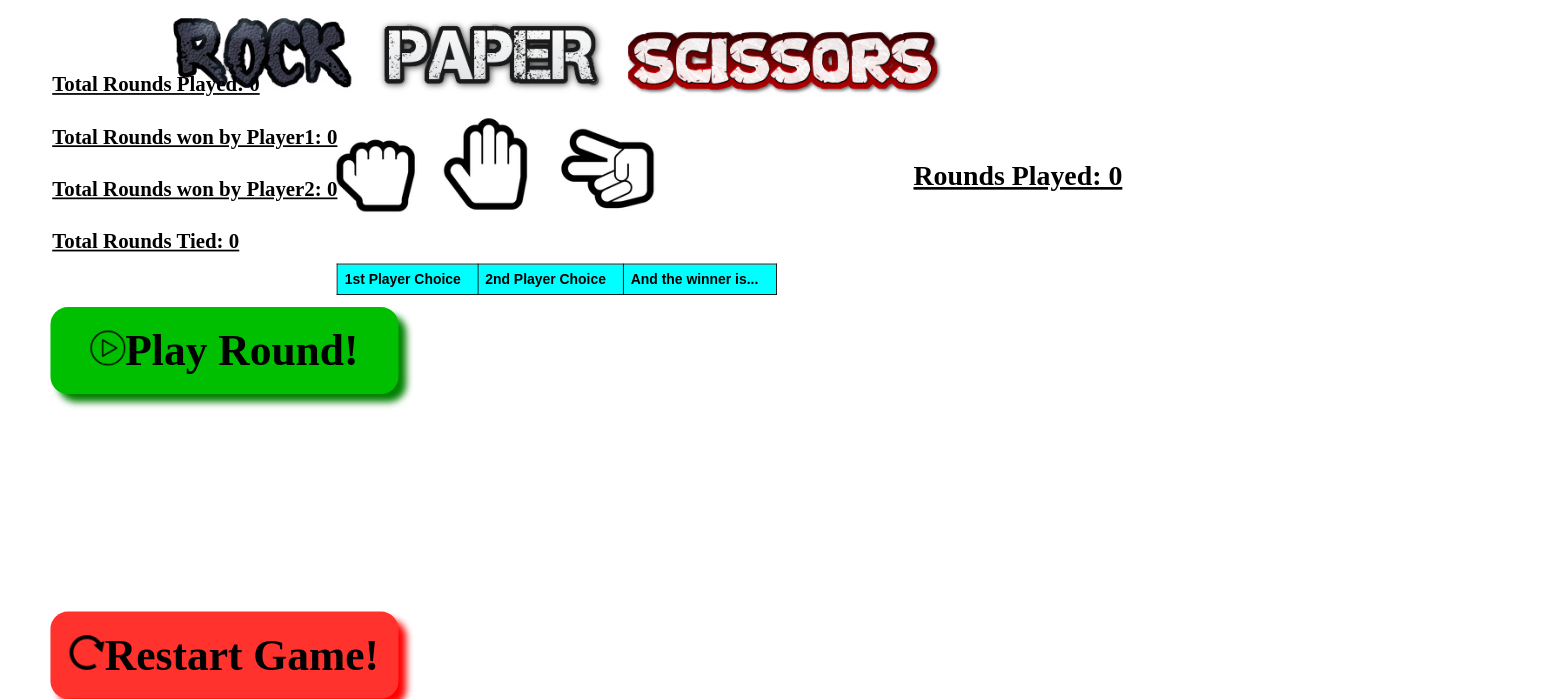
Repository: sergiocanoleon10/CiklumProject
Page: http://localhost/gmRockPaperScissors/WEB-INF/gameRPS.jsp
An editor plug-in stored every save of this project. The page is shown before and after the next save, followed by the edit.
The browser window is 1280 px wide. The page is 1802 px wide, so the pictures cover 1802 px, including what lies to the right of the window. The pictures show the whole page, at 87% of full size.
The page is served by Tomcat 9. Nobody is signed in. Other server files are loaded and not shown. The template is opened directly, without the code that normally fills it, so the values that code supplies are empty.

Above is the page before, as saved 2021-02-07 20:13:13.

### gmRockPaperScissors/src/main/webapp/WEB-INF/gameRPS.jsp
<%@ page language="java" contentType="text/html; charset=ISO-8859-1"
    pageEncoding="ISO-8859-1"%>
<!DOCTYPE html>
<%@ page import  = 'com.game.rockpaperscissors.game' %>
<html>
	<script>
	window.onload = function() {
		let playerOne = '${player1}';
		let playerTwo = '${player2}';
		let winner    = '${winner}';
		count();
		showTable(playerOne,playerTwo,winner);
		}
	</script>
	<head>
		<meta http-equiv="Content-Type" content="text/html; charset=UTF-8">
		<title>Rock-Paper-Scissors</title>
		<script src="js/mainFuncRPS.js" type="text/javascript"></script>
		<link href="css/styles.css" type="text/css" rel="stylesheet" />
	</head>
	<body>
			<!-- Header Logo INI-->
			<div class="imgWrapper">
				<div class="logoImg">
					<img alt="Rock" src="img/rock.png">
				</div>
				<div class="logoImg">
					<img alt="Paper" src="img/paper.png">
				</div>
				<div class="logoImg">
					<img alt="Scissors" src="img/scissors.png">
				</div>
			</div>
			<div class="logoImgDown">
				<img alt="Hands" src="img/hands.png">
				<p  id="counter">Rounds Played: 0</p>
			</div>
			<!-- Header Logo END-->
			<p  id="summary">Total Rounds Played: 0</p>
			<p  id="player1wins">Total Rounds won by Player1: 0</p>
			<p  id="player2wins">Total Rounds won by Player2: 0</p>
			<p  id="ties">Total Rounds Tied: 0</p>
			<!-- Buttons INI-->
			<form action="${pageContext.request.contextPath}/myservlet" method="post">
			<div class="btnWrapper">
				<button type="submit" name="button" value="btnPlay" class="buttonPlay" onclick="addOne();">
					<img src="img/playBtn.png"/>Play Round!
				</button>
			</div>
			</form>
			<div class="btnWrapper">
				<button type="button" onclick="deleteData();" class="buttonRestart" >
					<img src="img/restart.png"/>Restart Game!
				</button>
			</div>
			<div>
			 <jsp:include page="/WEB-INF/table.jsp"/>
 			 </div>

			<!-- Buttons END -->
	</body>
</html>

### gmRockPaperScissors/src/main/webapp/WEB-INF/table.jsp
<%@ page language="java" contentType="text/html; charset=ISO-8859-1"
    pageEncoding="ISO-8859-1"%>
<!DOCTYPE html>
<html>
<head>
<meta charset="ISO-8859-1">
<title>table-data</title>
</head>
<body>
	<div id="dataTable">

 	</div>
</body>
</html>

### gmRockPaperScissors/src/main/resources/static/js/mainFuncRPS.js
function count(){
   		let countPlayer = sessionStorage.getItem("countPlayer")==null?0:sessionStorage.getItem("countPlayer");
		let countGame = localStorage.getItem("countGame")==null?0:localStorage.getItem("countGame");
    	let roundMsg = "Rounds Played: ";
		let gameMsg = "Total Rounds Played: ";
    	document.getElementById('counter').innerHTML = roundMsg + countPlayer;
		document.getElementById('summary').innerHTML = gameMsg + countGame;
	}
	function showTable(playerOne,playerTwo,winner){
		var tableHTML = '<table class ="center"><tr><th>1st Player Choice</th><th>2nd Player Choice</th><th>And the winner is...</th></tr>';
		if ((playerOne && playerTwo && winner) || (sessionStorage.getItem("countPlayer")!=0 )){
			var tableHTML = '<table class ="center"><tr><th>1st Player Choice</th><th>2nd Player Choice</th><th>And the winner is...</th></tr>';
			let dataHTML  = '';
			if (sessionStorage.getItem("tableStorage")!=null && localStorage.getItem("tableStorage")!=''){
				dataHTML = sessionStorage.getItem("tableStorage");
			}
        	if (playerOne && playerTwo && winner) {
        		dataHTML += "<tr><td>"+ playerOne + "</td><td>"+ playerTwo + "</td><td>"+ winner + "</td></tr>";
        	}
        	tableHTML += dataHTML;
        	sessionStorage.setItem("tableStorage", dataHTML);
        }
        tableHTML += "</table>";
        document.getElementById("dataTable").innerHTML = tableHTML;
		let countWin1 = localStorage.getItem("countWin1")==null?0:localStorage.getItem("countWin1");
		let countWin2 = localStorage.getItem("countWin2")==null?0:localStorage.getItem("countWin2");
		let countTies = localStorage.getItem("countTies")==null?0:localStorage.getItem("countTies");
		if (playerOne && playerTwo && winner){
			let winner1Msg = "Total Rounds won by Player1: ";
			let winner2Msg = "Total Rounds won by Player2: ";
			let tiesMsg = "Total Rounds Tied: ";
			switch (winner) {

  				case "Player 1 Wins!":
				countWin1 = Number(countWin1)+1;
				break;

				case "Player 2 Wins!":
				countWin2 = Number(countWin2)+1;
				break;

				case "Tie!":
				countTies = Number(countTies)+1;
				break;

			}
			document.getElementById('player1wins').innerHTML = winner1Msg + countWin1;
			document.getElementById('player2wins').innerHTML = winner2Msg + countWin2;
			document.getElementById('ties').innerHTML = tiesMsg + countTies;
			localStorage.setItem("countWin1", countWin1);
			localStorage.setItem("countWin2", countWin2);
			localStorage.setItem("countTies", countTies);
		}
	}
	function addOne(){
		let countPlayer = sessionStorage.getItem("countPlayer")==null?0:sessionStorage.getItem("countPlayer");
		let countGame = localStorage.getItem("countGame")==null?0:localStorage.getItem("countGame");
    	countPlayer=Number(countPlayer)+1;
		countGame=Number(countGame)+1;
    	sessionStorage.setItem("countPlayer", countPlayer);
		localStorage.setItem("countGame", countGame);
	}
	function deleteData(){
    	sessionStorage.setItem("countPlayer", "0");
    	sessionStorage.setItem("tableStorage", "0");
	}

### gmRockPaperScissors/src/main/resources/static/css/styles.css
@charset "ISO-8859-1";

.imgWrapper  {
	text-align: center;
}

.btnWrapper{
	text-align: left;
}

.logoImg {
	display: inline-block;
	vertical-align: super;
}

.logoImgDown  {
  text-align: center;
  position: relative;
  left: -70px;
}

.buttonPlay{
		position: relative;
		left: 50px;
        font-size:50px;
        font-family:Copperplate;
        font-weight:bold;
        color:black;
        background:#00bf00;
        border:2px;
        width:400px;
        height:100px;
        box-shadow:9px 9px 9px #008000;
        border-radius: 20px;
		cursor: pointer;
}
.buttonRestart{
		position: relative;
		top:250px;
		left: 50px;
        font-size:50px;
        font-family:Copperplate;
        font-weight:bold;
        color:black;
        background:#ff322d;
        border:2px;
        width:400px;
        height:100px;
        box-shadow:9px 9px 9px #ff0000;
        border-radius: 20px;
		cursor: pointer;
}

.buttonPlay:hover{
	  	background-color: #affb00;
	  	box-shadow:9px 9px 9px #f1e603;
}

.buttonRestart:hover{
	  	background-color: #affb00;
	  	box-shadow:9px 9px 9px #f1e603;
}

table {
  font-family: arial, sans-serif;
  border-collapse: collapse;
  width: 40%;
}

table.center {
  margin-left: auto;
  margin-right: auto;
  margin-top:-250px;
}

td, th {
  border: 1px solid black;
  text-align: left;
  padding: 8px;
  background-color: #00ffff
}

tr:nth-child(even) {
  background-color: #dddddd;
}


#counter{
		position: relative;
		top:-100px;
		right:-600px;
		font-size: xx-large;
		font-weight: bold;
		text-decoration: underline ;
}

#summary{
		position: absolute;
		top:60px;
		left:60px;
		font-size:x-large;
		font-weight: bold;
		text-decoration: underline ;
}

#summary:hover{
	  	background-color: #ffff80;
	  	box-shadow:9px 9px 9px #dacf03;
}

#player1wins{
		position: absolute;
		top:120px;
		left:60px;
		font-size:x-large;
		font-weight: bold;
		text-decoration: underline ;
}

#player1wins:hover{
	  	background-color: #ffff80;
	  	box-shadow:9px 9px 9px #dacf03;
}
#player2wins{
		position: absolute;
		top:180px;
		left:60px;
		font-size:x-large;
		font-weight: bold;
		text-decoration: underline ;
}

#player2wins:hover{
	  	background-color: #ffff80;
	  	box-shadow:9px 9px 9px #dacf03;
}
#ties{
		position: absolute;
		top:240px;
		left:60px;
		font-size:x-large;
		font-weight: bold;
		text-decoration: underline ;
}

#ties:hover{
	  	background-color: #ffff80;
	  	box-shadow:9px 9px 9px #dacf03;
}

After the next save:
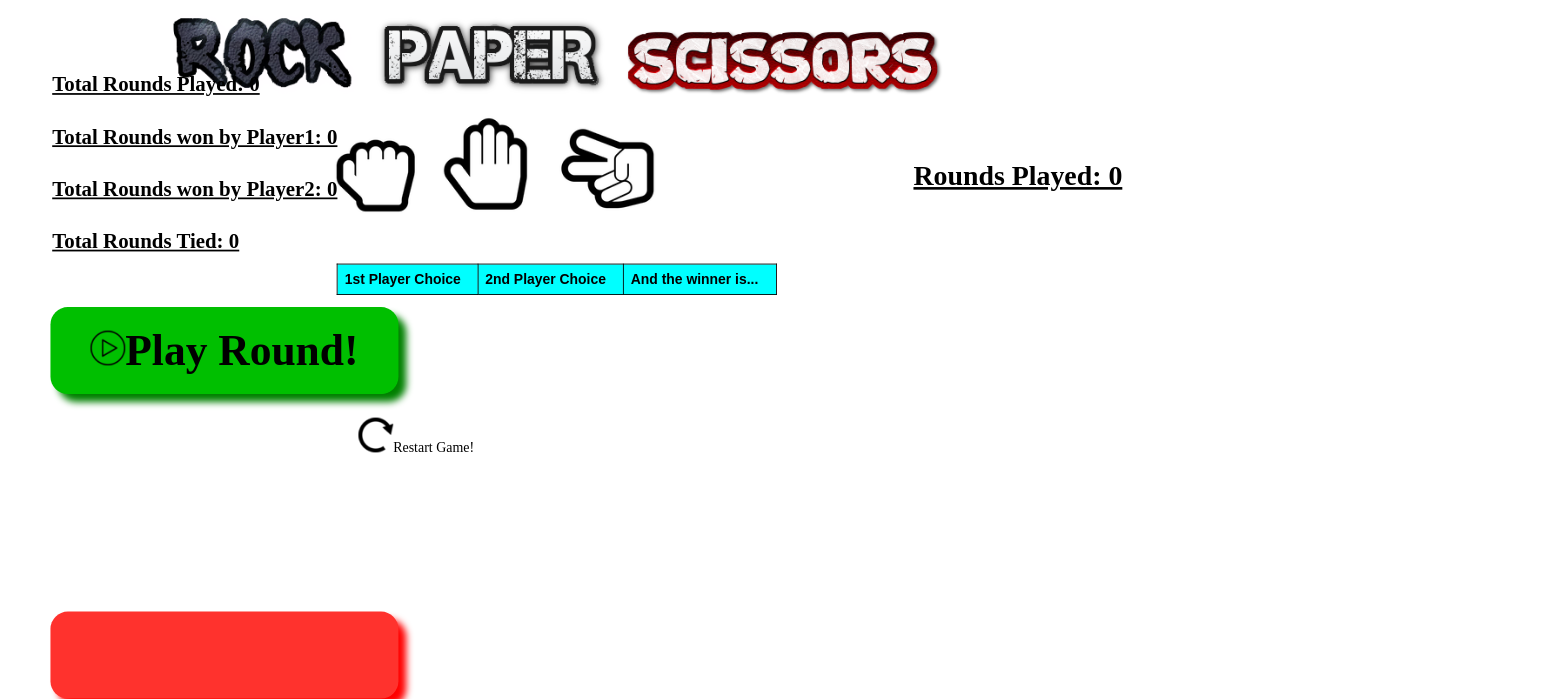
Saved 91 s later.
--- a/gmRockPaperScissors/src/main/webapp/WEB-INF/gameRPS.jsp
+++ b/gmRockPaperScissors/src/main/webapp/WEB-INF/gameRPS.jsp
@@ -49,9 +49,9 @@
 			</div>
 			</form>
 			<div class="btnWrapper">
-				<button type="button" onclick="deleteData();" class="buttonRestart" >
+				<input type="button" onclick="deleteData();" class="buttonRestart">
 					<img src="img/restart.png"/>Restart Game!
-				</button>
+				</input>
 			</div>
 			<div>
 			 <jsp:include page="/WEB-INF/table.jsp"/>

After the save that followed:
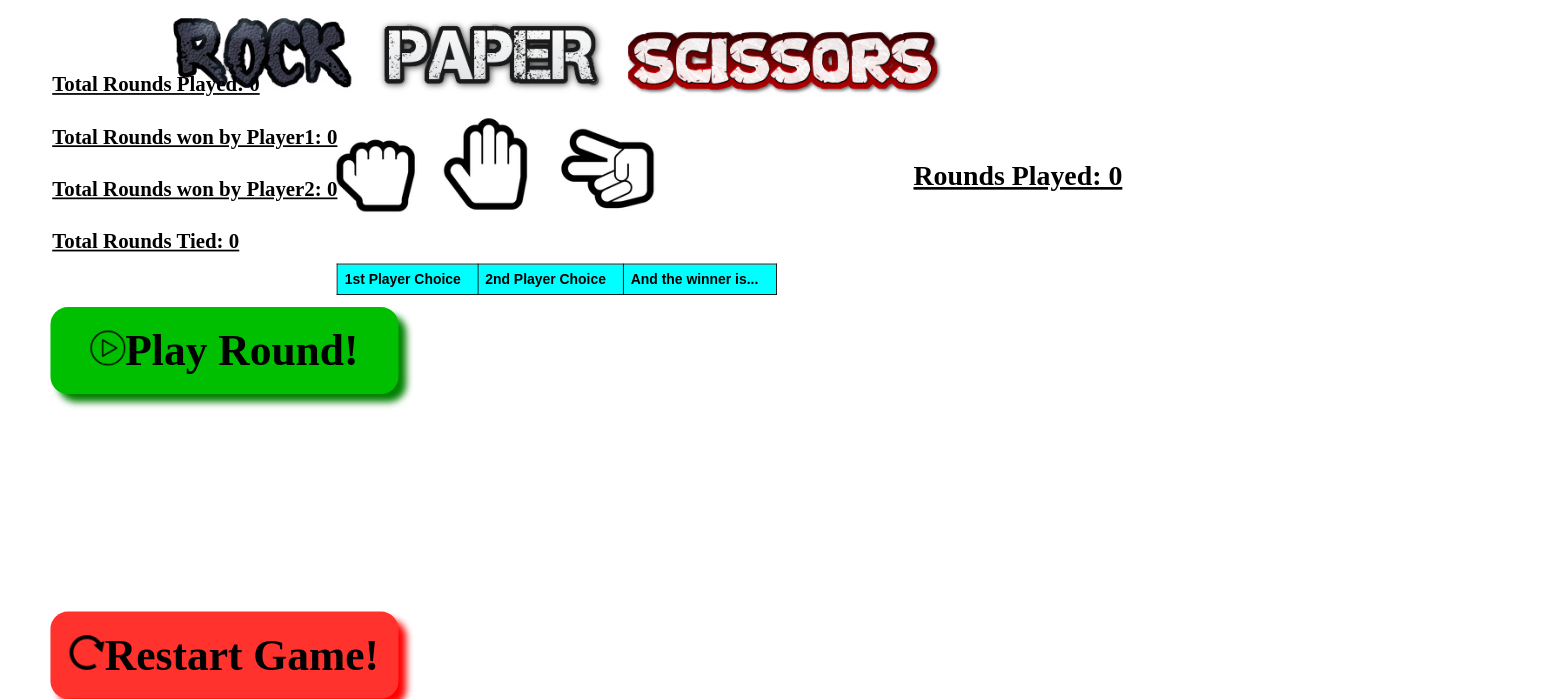
Saved 25 s later.
--- a/gmRockPaperScissors/src/main/webapp/WEB-INF/gameRPS.jsp
+++ b/gmRockPaperScissors/src/main/webapp/WEB-INF/gameRPS.jsp
@@ -47,12 +47,13 @@
 					<img src="img/playBtn.png"/>Play Round!
 				</button>
 			</div>
+
+			<div class="btnWrapper">
+				<button type="submit" name="button" value="btnReset" class="buttonRestart" onclick="deleteData();">
+					<img src="img/restart.png"/>Restart Game!
+				</button>
+			</div>
 			</form>
-			<div class="btnWrapper">
-				<input type="button" onclick="deleteData();" class="buttonRestart">
-					<img src="img/restart.png"/>Restart Game!
-				</input>
-			</div>
 			<div>
 			 <jsp:include page="/WEB-INF/table.jsp"/>
  			 </div>
